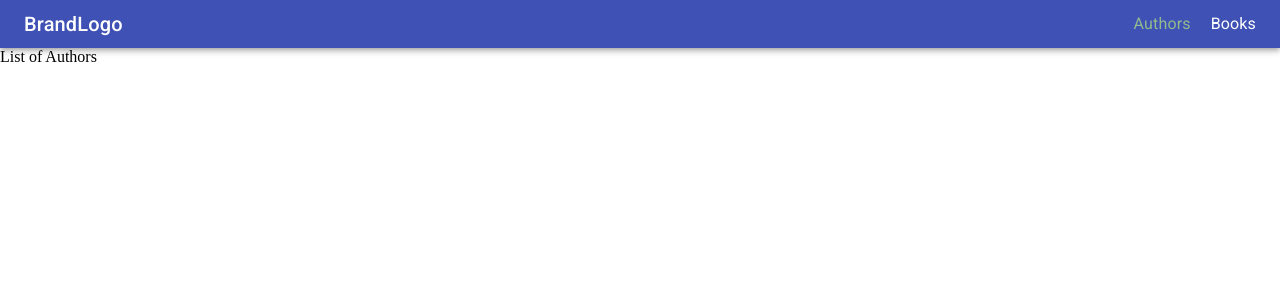
Repository: Sociophuck/00007494
Page: /authors (app in front/)
These files come from the project's save history. The page is drawn as it stood at one moment and after the next save; the edit follows.
The browser window is 1280 px wide. The pictures show the whole page.
The pointer rests on the first visible `.header-links > a`.
The project was rebuilt for these pictures with package versions that can differ from the ones it lists, and the page was loaded fresh each time. Also part of the build but not shown: front/src/App.css, front/src/Book.js, front/src/Home.js.

Above is the page before, as saved 2021-04-04 11:02:20.

### front/src/index.css
body {
  margin: 0;
}

.header-links {
  display: flex;
}
.header-links > a {
  margin-left: 20px;
  text-decoration: none;
  color: white;
}
.header-links > a:hover {
  color: darkseagreen;
}

### front/src/App.js
import Author from "./Author";
import "./App.css";
import { BrowserRouter as Router, Route, Switch } from "react-router-dom";
import Book from "./Book";
import Home from "./Home";
import NavBar from "./NavBar";

function App() {
  return (
    <Router>
      <div className="App">
        <NavBar />
        <div>
          <Switch>
            <Route exact path="/">
              <Home />
            </Route>
            <Route path="/authors">
              <Author />
            </Route>
            <Route path="/books">
              <Book />
            </Route>
          </Switch>
        </div>
      </div>
    </Router>
  );
}

export default App;

### front/src/Author.js
function Author() {
  return <div>List of Authors</div>;
}

export default Author;

### front/src/NavBar.js
import { Link } from "react-router-dom";
import React from "react";
import { makeStyles } from "@material-ui/core/styles";
import AppBar from "@material-ui/core/AppBar";
import Toolbar from "@material-ui/core/Toolbar";
import Typography from "@material-ui/core/Typography";

const useStyles = makeStyles((theme) => ({
  root: {
    flexGrow: 1,
  },
  logo: {
    flexGrow: 1,
  },
}));

function NavBar() {
  const classes = useStyles();

  return (
    <div className={classes.root}>
      <AppBar position="static">
        <Toolbar variant="dense">
          <Typography className={classes.logo} variant="h6" color="inherit">
            BrandLogo
          </Typography>
          <div className="header-links">
            <Link to="/authors">
              <Typography variant="body1" color="inherit">
                Authors
              </Typography>
            </Link>
            <Link to="/books">
              <Typography variant="body1" color="inherit">
                Books
              </Typography>
            </Link>
          </div>
        </Toolbar>
      </AppBar>
    </div>
  );
}

export default NavBar;

Loaded but not shown: front/public/index.html (common file); front/src/index.js (common file); front/public/manifest.json (common file)

After the next save:
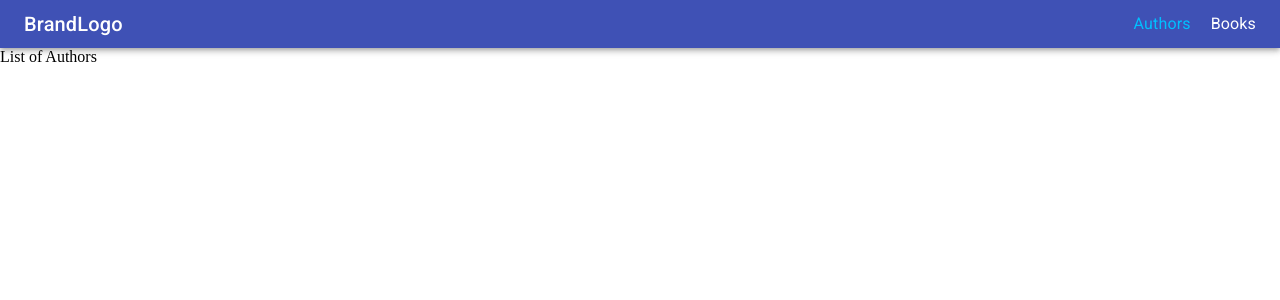
Saved 9 s later.
--- a/front/src/index.css
+++ b/front/src/index.css
@@ -11,5 +11,5 @@ body {
   color: white;
 }
 .header-links > a:hover {
-  color: darkseagreen;
+  color: deepskyblue;
 }
